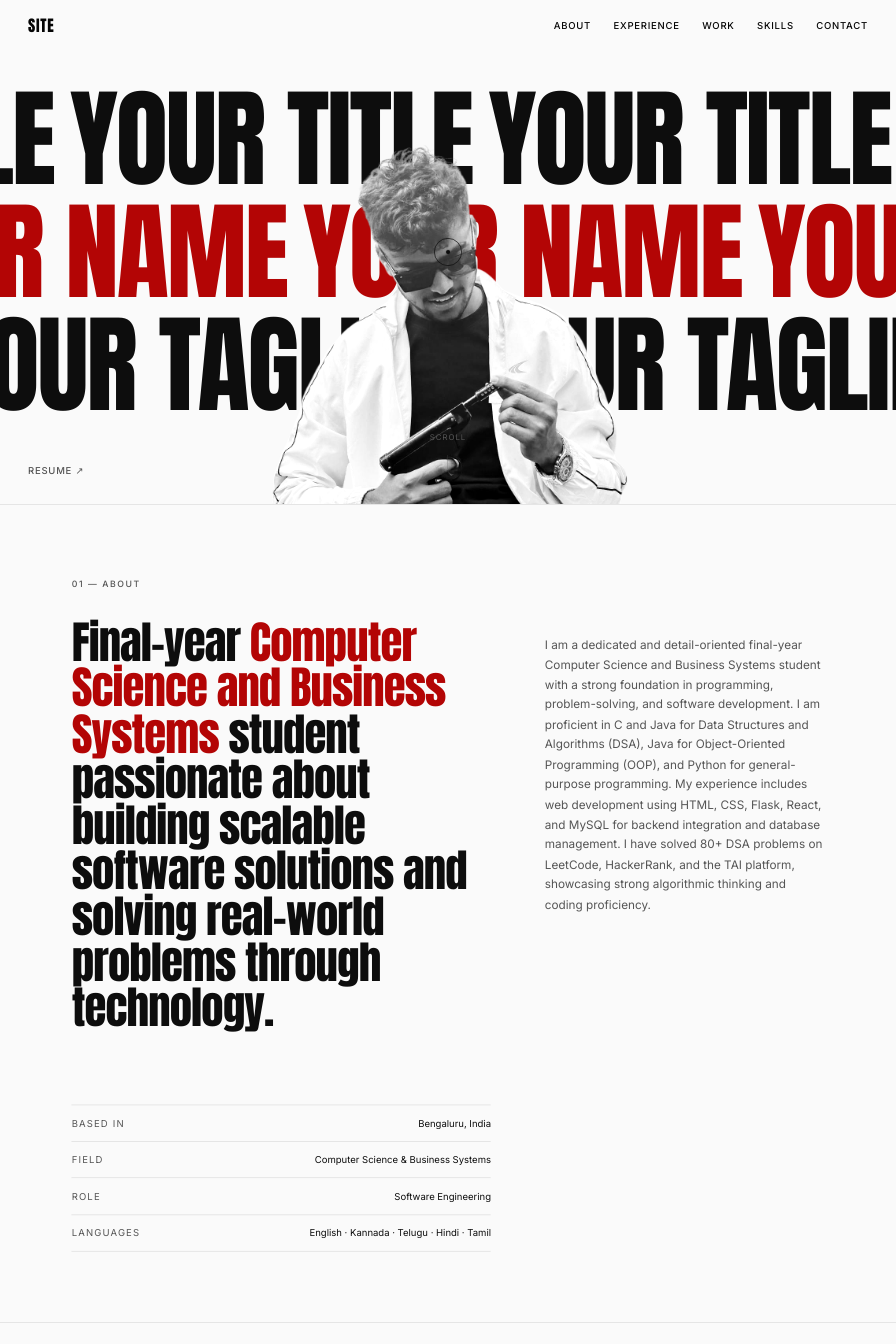
Repository: Ashok-B24/Dexter-portfolio
Page: /
The author's editor kept a copy of each file at every save. The page is drawn from the files as they stood at one save, then again after the next save.
The browser window is 1280 px wide. The pictures show the part of the page from y = 0 to 1920 px (the page is 4826 px tall), at 70% of full size.
The project was rebuilt for these pictures with package versions that can differ from the ones it lists, and the page was loaded fresh each time. Also part of the build but not shown: vite.config.js.

Above is the page before, as saved 2026-07-28 20:21:11.

### index.html
<!doctype html>
<html lang="en">
  <head>
    <meta charset="UTF-8" />
    <meta name="viewport" content="width=device-width, initial-scale=1.0" />
    <title>Portfolio</title>
    <link rel="preconnect" href="https://fonts.googleapis.com">
    <link rel="preconnect" href="https://fonts.gstatic.com" crossorigin>
    <link href="https://fonts.googleapis.com/css2?family=Anton&family=Inter:wght@400;500&display=swap" rel="stylesheet">
  </head>
  <body>
    <div id="root"></div>
    <script type="module" src="/src/main.jsx"></script>
  </body>
</html>

### src/main.jsx
import ReactDOM from 'react-dom/client'
import App from './App'
import './App.css'

ReactDOM.createRoot(document.getElementById('root')).render(<App />)

### src/App.jsx
import { useEffect } from 'react'
import Lenis from '@studio-freight/lenis'
import Nav from './components/Nav'
import Hero from './components/Hero'
import About from './components/About'
import Experience from './components/Experience'
import Work from './components/Work'
import Capabilities from './components/Capabilities'
import Contact from './components/Contact'
import Cursor from './components/Cursor'

export default function App() {
  useEffect(() => {
    const lenis = new Lenis({ duration: 1.2, easing: t => Math.min(1, 1.001 - 2 ** (-10 * t)), smoothWheel: true })
    function raf(time) { lenis.raf(time); requestAnimationFrame(raf) }
    requestAnimationFrame(raf)

    window.__lenis = lenis

    return () => { lenis.destroy(); delete window.__lenis }
  }, [])

  return (
    <>
      <Nav />
      <main>
        <Hero />
        <About />
        <Experience />
        <Work />
        <Capabilities />
        <Contact />
      </main>
      <Cursor />
    </>
  )
}

### src/components/Nav.jsx
import { useEffect, useRef } from 'react'
import gsap from 'gsap'

export default function Nav() {
  const navRef = useRef(null)

  useEffect(() => {
    const nav = navRef.current
    if (!nav) return

    const tl = gsap.timeline({ paused: true })
    tl.to(nav, { y: '-100%', duration: 0.4, ease: 'power2.inOut' })

    let oldScroll = 0

    function onScroll() {
      const lenis = window.__lenis
      if (!lenis) return

      const thisScroll = lenis.scroll
      if (thisScroll > oldScroll && thisScroll > 60) {
        tl.timeScale(1.2).play()
      } else if (thisScroll < oldScroll) {
        tl.timeScale(1.5).reverse()
      }
      oldScroll = thisScroll
    }

    if (window.__lenis) {
      window.__lenis.on('scroll', onScroll)
    }

    return () => {
      tl.kill()
      if (window.__lenis) window.__lenis.off('scroll', onScroll)
    }
  }, [])

  return (
    <nav className="nav" ref={navRef}>
      <div className="nav__inner">
        <a className="nav__logo" href="#">SITE</a>
        <div className="nav__links">
          <a href="#about" data-cursor="View">About</a>
          <a href="#experience" data-cursor="View">Experience</a>
          <a href="#work" data-cursor="View">Work</a>
          <a href="#capabilities" data-cursor="View">Skills</a>
          <a href="#contact" data-cursor="View">Contact</a>
        </div>
      </div>
    </nav>
  )
}

### src/components/Hero.jsx
import { useEffect, useRef } from 'react'
import gsap from 'gsap'

const TRACKS = [
  { dir: 'left',  speed: 8,  text: 'YOUR TITLE' },
  { dir: 'right', speed: 10, text: 'YOUR NAME' },
  { dir: 'left',  speed: 6,  text: 'YOUR TAGLINE' },
]

export default function Hero() {
  const heroRef = useRef(null)

  useEffect(() => {
    const hero = heroRef.current
    if (!hero) return

    let ctx

    function start() {
      const inners = hero.querySelectorAll('.hero__track-inner')
      if (inners.length === 0) { setTimeout(start, 200); return }

      ctx = gsap.context(() => {
        inners.forEach(inner => {
          const spans = inner.querySelectorAll('span')
          if (spans.length < 2) return

          const w = spans[0].offsetWidth
          if (w === 0) return

          const right = inner.classList.contains('hero__track-inner--right')
          const s = parseFloat(inner.getAttribute('data-speed')) || 8

          gsap.fromTo(inner, { x: right ? -w : 0 }, { x: right ? 0 : -w, duration: s, ease: 'none', repeat: -1 })
        })
      }, hero)
    }

    const race = []
    if (document.fonts && document.fonts.ready) race.push(document.fonts.ready)
    race.push(new Promise(r => setTimeout(r, 1500)))
    Promise.race(race).then(start)

    return () => { if (ctx) ctx.revert() }
  }, [])

  return (
    <section className="hero" ref={heroRef}>
      <div className="hero__marquee">
        {TRACKS.map((track, i) => (
          <div className="hero__track" key={i}>
            <div
              className={`hero__track-inner hero__track-inner--${track.dir}`}
              data-speed={track.speed}
            >
              {[0, 1, 2, 3].map(n => <span key={n}>{track.text}</span>)}
            </div>
          </div>
        ))}
      </div>

      <div className="hero__portrait">
        <img src={`${import.meta.env.BASE_URL}photo.png`} alt="Raghu" />
      </div>

      <a className="hero__resume" href="#">Resume ↗</a>

      <div className="hero__scroll">
        <span>Scroll</span>
        <div className="hero__scroll-line" />
      </div>
    </section>
  )
}

### src/components/About.jsx
const FACTS = [
  ['Based in', 'Bengaluru, India'],
  ['Field', 'Computer Science & Business Systems'],
  ['Role', 'Software Engineering'],
  ['Languages', 'English · Kannada · Telugu · Hindi · Tamil'],
]

export default function About() {
  return (
    <section id="about" className="section about">
      <div className="section__head">
        <span className="section__label">01 — About</span>
      </div>

      <div className="about__grid">
        <h2 className="about__headline">
          Final-year <em>Computer Science and Business Systems</em> student
          passionate about building scalable software solutions and solving
          real-world problems through technology.
        </h2>

        <p className="about__body">
          I am a dedicated and detail-oriented final-year Computer Science and
          Business Systems student with a strong foundation in programming,
          problem-solving, and software development. I am proficient in C and
          Java for Data Structures and Algorithms (DSA), Java for
          Object-Oriented Programming (OOP), and Python for general-purpose
          programming. My experience includes web development using HTML, CSS,
          Flask, React, and MySQL for backend integration and database
          management. I have solved 80+ DSA problems on LeetCode, HackerRank,
          and the TAI platform, showcasing strong algorithmic thinking and
          coding proficiency.
        </p>

        <dl className="about__facts">
          {FACTS.map(([k, v]) => (
            <div className="about__fact" key={k}>
              <dt>{k}</dt>
              <dd>{v}</dd>
            </div>
          ))}
        </dl>
      </div>
    </section>
  )
}

### src/components/Experience.jsx
const ROLES = [
  {
    period: 'Start Date — End Date',
    title: 'Job Title',
    org: 'Company Name · Location',
    desc: 'Brief description of your responsibilities, achievements, and impact in this role.',
  },
  {
    period: 'Start Date — End Date',
    title: 'Job Title',
    org: 'Company Name · Location',
    desc: 'Brief description of your responsibilities, achievements, and impact in this role.',
  },
  {
    period: 'Start Date — End Date',
    title: 'Job Title',
    org: 'Company Name · Location',
    desc: 'Brief description of your responsibilities, achievements, and impact in this role.',
  },
]

export default function Experience() {
  return (
    <section id="experience" className="section experience">
      <div className="section__head">
        <span className="section__label">02 — Experience</span>
      </div>

      <div className="experience__list">
        {ROLES.map((r, i) => (
          <article className="role" key={i}>
            <span className="role__period">{r.period}</span>
            <div className="role__main">
              <h3 className="role__title">{r.title}</h3>
              <span className="role__org">{r.org}</span>
              <p className="role__desc">{r.desc}</p>
            </div>
          </article>
        ))}
      </div>
    </section>
  )
}

### src/components/Work.jsx
const PROJECTS = [
  {
    title: 'Project Name',
    cat: 'Category',
    desc: 'A short description of the project, what it does, and the problem it solves.',
  },
  {
    title: 'Project Name',
    cat: 'Category',
    desc: 'A short description of the project, what it does, and the problem it solves.',
  },
  {
    title: 'Project Name',
    cat: 'Category',
    desc: 'A short description of the project, what it does, and the problem it solves.',
  },
  {
    title: 'Project Name',
    cat: 'Category',
    desc: 'A short description of the project, what it does, and the problem it solves.',
  },
]

export default function Work() {
  return (
    <section id="work" className="section work">
      <div className="section__head">
        <span className="section__label">03 — Selected Work</span>
      </div>

      <div className="work__list">
        {PROJECTS.map((p, i) => (
          <article className="project" key={i} data-cursor="View">
            <span className="project__index">{String(i + 1).padStart(2, '0')}</span>
            <div className="project__body">
              <h3 className="project__title">{p.title}</h3>
              <span className="project__cat">{p.cat}</span>
            </div>
            <p className="project__desc">{p.desc}</p>
          </article>
        ))}
      </div>
    </section>
  )
}

### src/components/Capabilities.jsx
const GROUPS = [
  {
    label: 'Category One',
    items: ['Skill', 'Skill', 'Skill', 'Skill'],
  },
  {
    label: 'Category Two',
    items: ['Skill', 'Skill', 'Skill'],
  },
  {
    label: 'Category Three',
    items: ['Skill', 'Skill', 'Skill'],
  },
]

export default function Capabilities() {
  return (
    <section id="capabilities" className="section capabilities">
      <div className="section__head">
        <span className="section__label">04 — Capabilities</span>
      </div>

      <div className="capabilities__grid">
        {GROUPS.map((g) => (
          <div className="cap-group" key={g.label}>
            <h3 className="cap-group__label">{g.label}</h3>
            <ul className="cap-group__items">
              {g.items.map((s) => (
                <li key={s}>{s}</li>
              ))}
            </ul>
          </div>
        ))}
      </div>
    </section>
  )
}

### src/components/Contact.jsx
export default function Contact() {
  return (
    <section id="contact" className="section contact">
      <div className="section__head">
        <span className="section__label">05 — Contact</span>
      </div>

      <h2 className="contact__headline">
        Let's build <em>something</em>
        <br />
        together →
      </h2>

      <div className="contact__rows">
        <a
          className="contact__row"
          href="mailto:ashokb2404@gmail.com"
          data-cursor="Email"
        >
          <span className="contact__key">Email</span>
          <span className="contact__val">ashokb2404@gmail.com</span>
        </a>

        <a
          className="contact__row"
          href="tel:+919986976276"
          data-cursor="Call"
        >
          <span className="contact__key">Phone</span>
          <span className="contact__val">+91 9986976276</span>
        </a>

        <div className="contact__row">
          <span className="contact__key">Location</span>
          <span className="contact__val">Bengaluru, India</span>
        </div>
      </div>

      <footer className="footer">
        <span>© {new Date().getFullYear()} Ashok B</span>
        <span>Built with React · Vite · GSAP</span>
      </footer>
    </section>
  )
}

### src/components/Cursor.jsx
import { useEffect, useRef } from 'react'

export default function Cursor() {
  const cursorRef = useRef(null)
  const dotRef = useRef(null)
  const labelRef = useRef(null)

  useEffect(() => {
    const cursor = cursorRef.current
    const dot = dotRef.current
    const label = labelRef.current
    if (!cursor || !dot) return

    let mX = window.innerWidth / 2
    let mY = window.innerHeight / 2
    let cX = mX
    let cY = mY
    let raf = null

    function onMove(e) { mX = e.clientX; mY = e.clientY }
    function onLeave() { cursor.style.opacity = '0'; dot.style.opacity = '0' }
    function onEnter() { cursor.style.opacity = '1'; dot.style.opacity = '1' }

    function animate() {
      cX += (mX - cX) * 0.15
      cY += (mY - cY) * 0.15
      cursor.style.left = cX + 'px'
      cursor.style.top = cY + 'px'
      dot.style.left = mX + 'px'
      dot.style.top = mY + 'px'
      raf = requestAnimationFrame(animate)
    }

    function onHover(e) {
      const t = e.target.closest('[data-cursor]')
      if (t) { cursor.classList.add('cursor--active'); if (label) label.textContent = t.dataset.cursor }
    }
    function onBlur(e) {
      const t = e.target.closest('[data-cursor]')
      if (t) { cursor.classList.remove('cursor--active') }
    }

    function onScroll() {
      if (window.__lenis) {
        const s = window.__lenis.scroll
        cY = mY - s
      }
      cursor.style.opacity = '0'
      dot.style.opacity = '0'
      clearTimeout(onScroll._timer)
      onScroll._timer = setTimeout(() => {
        if (document.hasFocus()) { cursor.style.opacity = '1'; dot.style.opacity = '1' }
      }, 200)
    }

    document.addEventListener('mousemove', onMove)
    document.addEventListener('mouseleave', onLeave)
    document.addEventListener('mouseenter', onEnter)
    document.addEventListener('mouseover', onHover)
    document.addEventListener('mouseout', onBlur)
    if (window.__lenis) window.__lenis.on('scroll', onScroll)
    raf = requestAnimationFrame(animate)

    return () => {
      document.removeEventListener('mousemove', onMove)
      document.removeEventListener('mouseleave', onLeave)
      document.removeEventListener('mouseenter', onEnter)
      document.removeEventListener('mouseover', onHover)
      document.removeEventListener('mouseout', onBlur)
      if (window.__lenis) window.__lenis.off('scroll', onScroll)
      cancelAnimationFrame(raf)
    }
  }, [])

  return (
    <>
      <div className="cursor" ref={cursorRef}>
        <span className="cursor__label" ref={labelRef} />
      </div>
      <div className="cursor__dot" ref={dotRef} />
    </>
  )
}

Loaded but not shown: src/App.css (793 lines, source omitted)

After the next save:
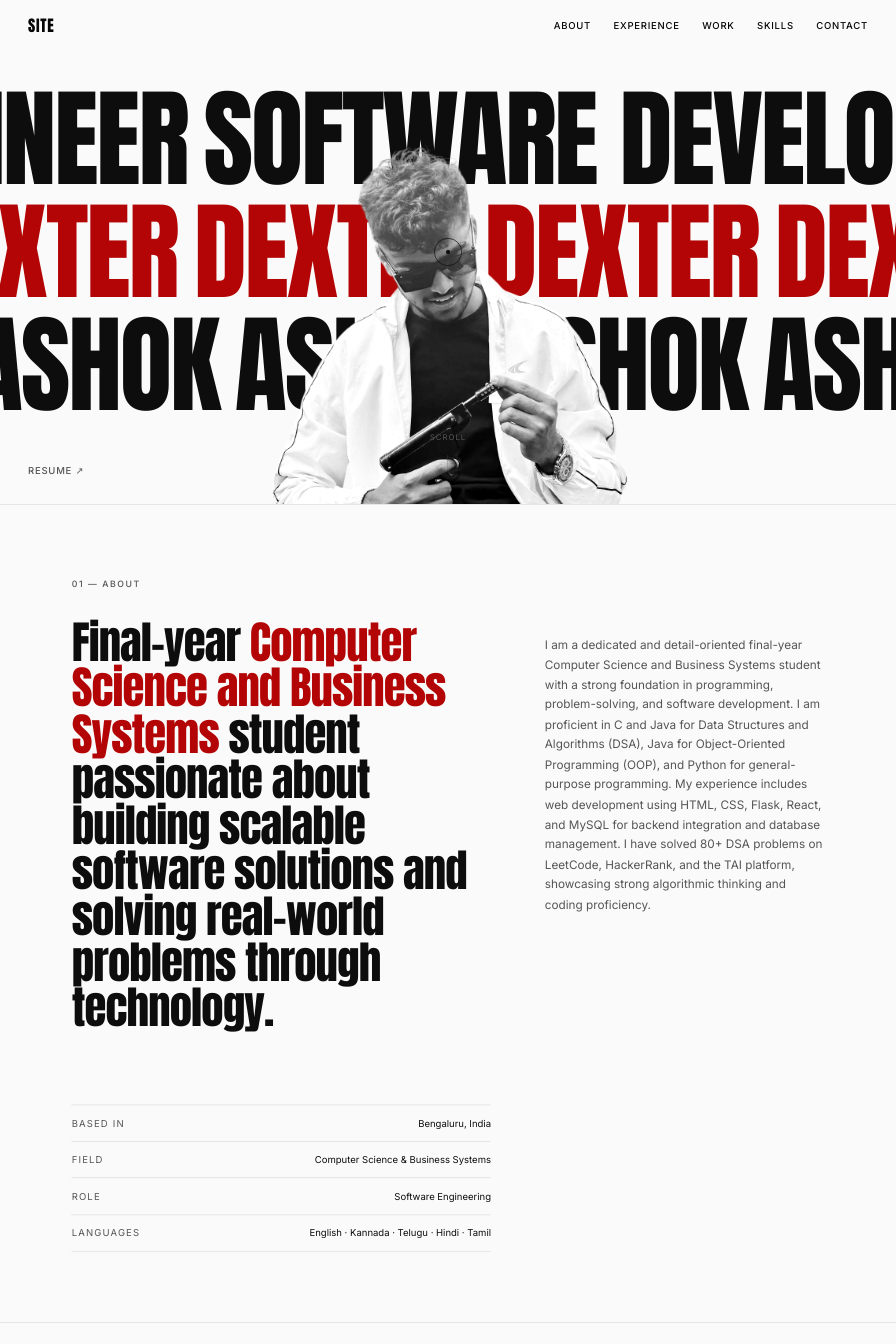
Saved 8 min 56 s later.
--- a/src/components/Hero.jsx
+++ b/src/components/Hero.jsx
@@ -2,9 +2,9 @@ import { useEffect, useRef } from 'react'
 import gsap from 'gsap'
 
 const TRACKS = [
-  { dir: 'left',  speed: 8,  text: 'YOUR TITLE' },
-  { dir: 'right', speed: 10, text: 'YOUR NAME' },
-  { dir: 'left',  speed: 6,  text: 'YOUR TAGLINE' },
+  { dir: 'left',  speed: 8,  text: 'Software Developer Engineer' },
+  { dir: 'right', speed: 10, text: 'Dexter' },
+  { dir: 'left',  speed: 6,  text: 'Ashok' },
 ]
 
 export default function Hero() {
